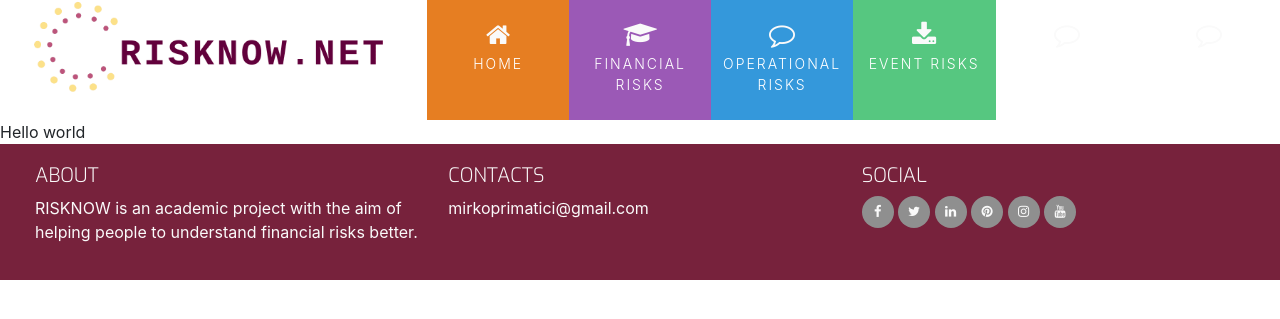
Repository: mirkoprimaticix/risknow.net
Page: index.html
The author's editor kept a record of every edit. The page is drawn from the files as they stood at one moment, then again after the next edit.
The browser window is 1280 px wide. The pictures show the whole page.
Some web libraries are served in a nearby version.

Above is the page before.
Console error: TypeError: Cannot read properties of undefined (reading 'fn')

After the next edit:
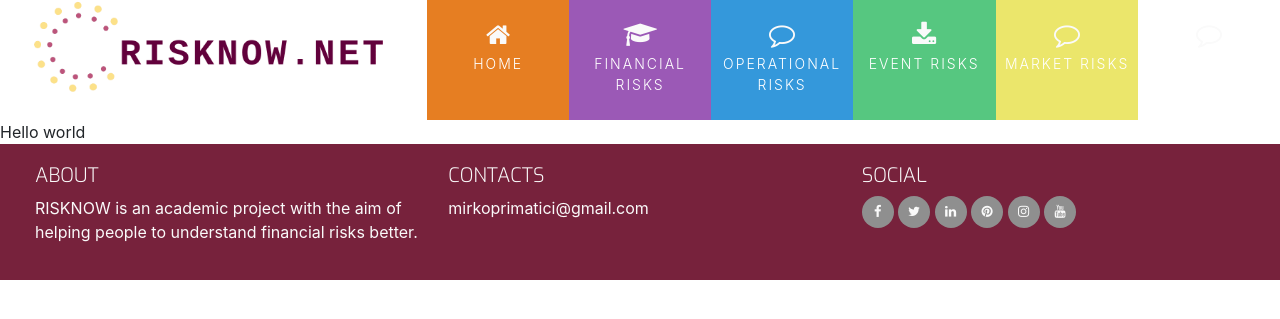
The edit:
--- a/index.html
+++ b/index.html
@@ -33,7 +33,7 @@
                             <li class="col-6 col-sm-2 list-inline-item ui-menu-color-er menuitem">
                                 <a href="assets/cv/cv-mirko.pdf" target="_blank" class="hvr-sweep-to-bottom"><i class="fa fa-download" aria-hidden="true"></i><span>Event Risks</span></a>
                             </li>
-                            <li class="col-6 col-sm-2 list-inline-item ui-menu-color-contact menuitem">
+                            <li class="col-6 col-sm-2 list-inline-item ui-menu-color-mr menuitem">
                                 <a href="contact.html" class="hvr-sweep-to-bottom"><i class="fa fa-comment-o" aria-hidden="true"></i><span>Market Risks</span></a>
                             </li>
                             <li class="col-6 col-sm-2 list-inline-item ui-menu-color-contact menuitem">
